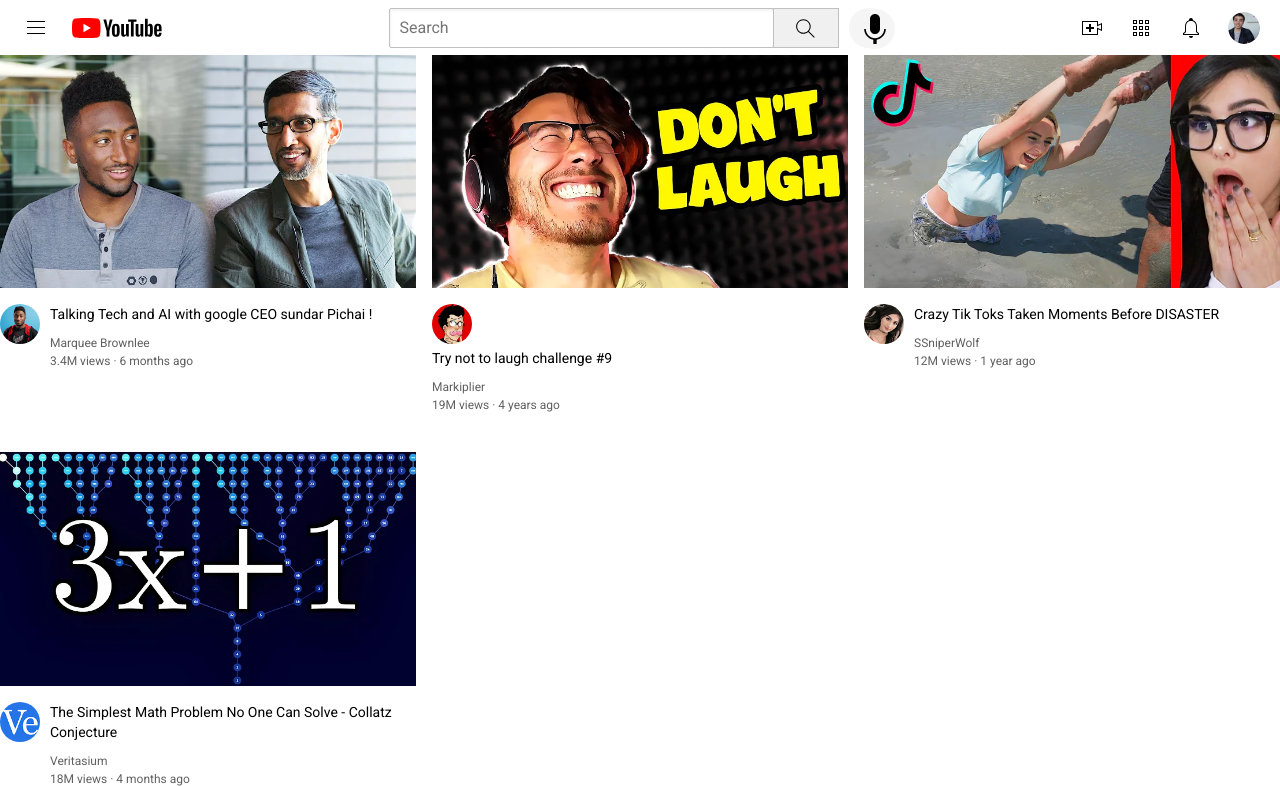
Repository: knowledgeAlan/html-css-thirteen
Page: youtube.html
These files come from the project's save history. The page is drawn as it stood at one moment and after the next save; the edit follows.
The browser window is 1280 px wide. The pictures show the whole page.

Above is the page before, as saved 2024-03-19 17:47:42.

### youtube.html
<!DOCTYPE html>
<html>

<head>
    <title>Youtube.com Clone</title>

    <link rel="preconnect" href="https://fonts.googleapis.com">
    <link rel="preconnect" href="https://fonts.gstatic.com" crossorigin>
    <link href="https://fonts.googleapis.com/css2?family=Roboto:wght@400;500;700&display=swap" rel="stylesheet">

    <link rel="stylesheet" href="styles/general.css">
    <link rel="stylesheet" href="styles/header.css">
    <link rel="stylesheet" href="styles/video.css">

    <body>


        <div class="header">


            <div class="left-section">

                <img class="hamburger-menu" src="icons/hamburger-menu.svg">
                <img class="youtube-logo" src="icons/youtube-logo.svg">

            </div>

            <div class="middle-section">
                <input class="search-bar" type="text" placeholder="Search">

                <button class="search-button">
                    <img class="search-icon" src="icons/search.svg">
                </button>

                <button class="voice-search-button">
                       <img class="voice-search-button" src="icons/voice-search-icon.svg" >
                </button>
            </div>

            <div class="right-section">
                <img class="upload-icon" src="icons/upload.svg">
                <img class="youtube-apps-icon" src="icons/youtube-apps.svg">
                <img class="notifications-icon" src="icons/notifications.svg">
                <img class="current-user-picture" src="channel-pictures/my-channel.jpeg">

            </div>

        </div>

        <div class="video-grid">

            <div class="video-preview">

                <div class="thumbnail-row">
                    <img class="thumbnail" src="thumbnails/thumbnail-1.webp">
                </div>

                <div class="video-info-grid">

                    <div class="channel-picture">
                        <img class="profile-picture" src="channel-pictures/channel-1.jpeg">
                    </div>

                    <div class="video-info">
                        <p class="video-title">
                            Talking Tech and AI with google CEO sundar Pichai !

                        </p>

                        <p class="video-author">
                            Marquee Brownlee
                        </p>

                        <p class="video-stats">
                            3.4M views &#183; 6 months ago
                        </p>

                    </div>
                </div>
            </div>


            <div class="video-preview">
                    <div class="thumbnail-row">
                        <img class="thumbnail" src="thumbnails/thumbnail-2.webp">

                    </div>

                    <div class="=video-info-grid">
                        <div class="channel-picture">
                            <img class="profile-picture" src="channel-pictures/channel-2.jpeg">
                        </div>

                        <div class="video-info">
                            <p class="video-title">
                                Try not to laugh challenge #9
                            </p>

                            <p class="video-author">
                                Markiplier
                            </p>

                            <p class="video-stats">
                                19M views &#183; 4 years ago
                            </p>
                        </div>
                    </div>
            </div>



            <div class="video-preview">

                <div class="thumbnail-row">
                    <img class="thumbnail" src="thumbnails/thumbnail-3.webp">
                </div>

                <div class="video-info-grid">
                    <div class="channel-picture">
                        <img class="profile-picture"    src="channel-pictures/channel-3.jpeg">
                    </div>

                    <div class="video-info">
                         <p class="video-title">
                            Crazy Tik Toks Taken Moments Before DISASTER
                         </p>

                         <p class="video-author">
                            SSniperWolf
                         </p>

                         <p class="video-stats">
                            12M views &#183; 1 year ago
                         </p>
                    </div>
                </div>
            </div>

            <div class="video-preview">
                <div class="thumbnail-row">
                    <img class="thumbnail" src="thumbnails/thumbnail-4.webp">
                </div>
                <div class="video-info-grid">
                    <div class="channel-picture">
                        <img class="profile-picture" src="channel-pictures/channel-4.jpeg">
                    </div>

                    <div class="video-info">
                        <p class="video-title">
                            The Simplest Math Problem No One Can Solve - Collatz Conjecture
                        </p>
                        <p class="video-author">
                            Veritasium
                        </p>

                        <p class="video-stats">
                            18M views &#183; 4 months ago
                        </p>

                    </div>
                </div>
            </div>
        </div>



    </body>
</head>
</html>

### styles/general.css
p{
    font-family: Roboto,Arial;
    margin-top: 0;
    margin-bottom: 0;
}

body{
    margin: 0;
}

### styles/header.css
.header {
    height: 55px;
    display: flex;
    flex-direction: row;
    justify-content: space-between;


}


.left-section {

    display: flex;
    align-items: center;
}

.hamburger-menu {

    height: 24px;
    margin-left: 24px;
    margin-right: 24px;
}


.youtube-logo {
    height: 20px ;
}

.middle-section {
    flex: 1;
    margin-left: 70px;
    margin-right:  35px;
    max-width: 500px;
    display: flex;
    align-items: center;
}

.search-bar{
    flex: 1;
    height: 36px;
    padding-left: 10px;
    font-size: 16px;
    border-width: 1px;
    border-style: solid;
    border-color: rgb(192, 192, 192);
    border-radius: 2px;
    box-shadow: inset 1px 2px 3px rgba(0, 0, 0, 0.05);
    width: 0;

}



.search-bar::placeholder {
    font-family: Roboto,Arial;
    font-size: 16px;
}


.search-button{
    height: 40px;
    width: 66px;
    background-color: rgb(240, 240, 240);
    border-width: 1px;
    border-style: solid;
    border-color: rgb(192, 192, 192);
    margin-left: -1px;
    margin-right: 10px;
}


.search-icon {
    height: 25px;
    margin-top: 4px;
}


.voice-search-button{
    height: 40px;
    width: 40px;
    border-radius: 20px;
    border: none;
    background-color: rgb(245, 245, 245);
}


.video-search-icon {
    height: 24px;
    width: 40px;
    border-radius: 20px;
    border: none;
    background-color: rgb(245, 245, 245);
}

.right-section {
    width: 180px;
    margin-right: 20px;
    display: flex;
    align-items: center;
    justify-content: space-between;
    flex-shrink: 0;

}

.upload-icon {
    height: 24px;
}

.youtube-apps-icon{
    height: 24px;
}


.notifications-icon {
    height: 24px;
}

.current-user-picture {
    height: 32px;
    border-radius: 16px ;
}

### styles/video.css
.thumbnail{
    width: 100%;
}

.video-title {
    margin-top: 0;
    font-size: 14px;
    font-weight: 500px ;
    line-height: 20px;
    margin-bottom: 12px;
}


.video-info-grid {
    display: grid;
    grid-template-columns: 50px 1fr;
}


.profile-picture{
    width: 40px;
    border-radius: 50px;
}


.thumbnail-row {
    margin-bottom: 12px;
}

.video-author,.video-stats {
    font-size: 12px;
    color: rgb(96, 96, 96);
}

.video-author {
    margin-bottom: 4px;
}

.video-grid{
    display: grid;
    grid-template-columns: 1fr 1fr 1fr;
    column-gap: 16px;
    row-gap: 40px;
}

After the next save:
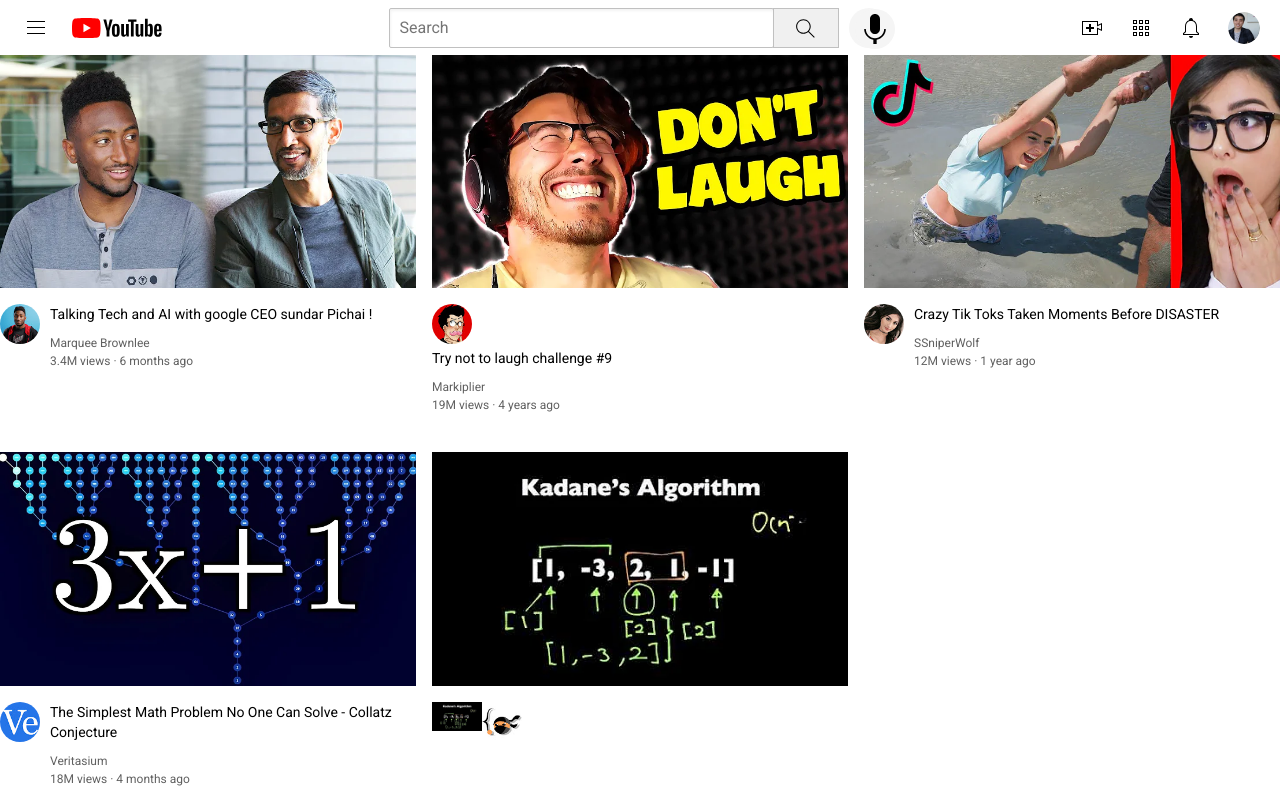
Saved 2 min 27 s later.
--- a/youtube.html
+++ b/youtube.html
@@ -160,6 +160,28 @@
                     </div>
                 </div>
             </div>
+
+
+
+            <di class="video-preview">
+                <div class="thumbnail-row">
+                    <img class="thumbnail" src="thumbnails/thumbnail-5.webp">
+                </div>
+
+                <div  class="video-info-grid">
+                    <div class="thumbnail-row">
+                        <img class="thumbnail" src="thumbnails/thumbnail-5.webp">
+                    </div>
+
+                    <div class="video-info-grid">
+                        <div class="channel-picture">
+                            <img class="profile-picture" src="channel-pictures/channel-5.jpeg">
+                        </div>
+
+
+                    </div>
+                </div>
+            </di>
         </div>
 
 
